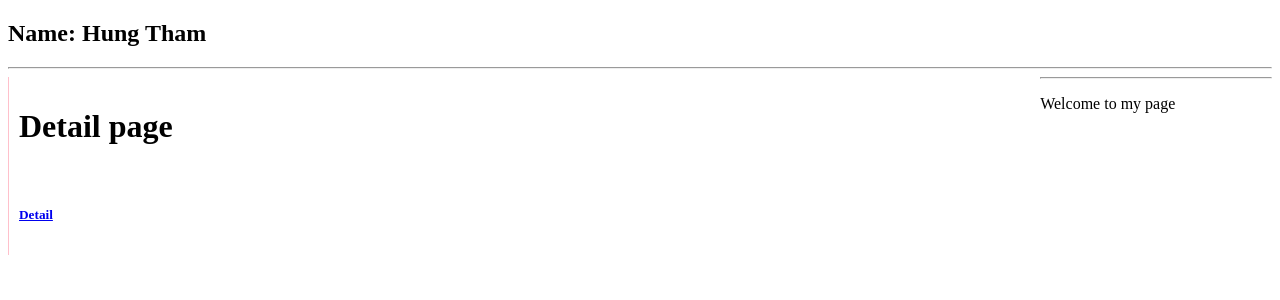
Repository: hunggtham/First-Jsp-and-Servlet-Project
Page: http://localhost/5JspInclude/Detail.jsp
The author's editor kept a copy of each file at every save. The page is drawn from the files as they stood at one save, then again after a run of saves.
The browser window is 1280 px wide. The pictures show the whole page.
The page is served by Tomcat 9.

Above is the page before, as saved 2022-07-24 10:24:46.

### 5JspInclude/src/main/webapp/Detail.jsp
<%@ page language="java" contentType="text/html; charset= UTF-8"
    pageEncoding="UTF-8"%>
<!DOCTYPE html>
<html>
<head>
<meta charset="UTF-8">
<title>Detail Page</title>
</head>
<body>
<jsp:include page="Header.jsp"></jsp:include>
	<div
		style="float: left; padding: 10px; width: 80%; border-left: 1px solid pink">
		<h1>Detail page</h1>
		<br/>
		<h5>
			<a href="Detail.jsp">Detail</a>
		</h5>
	</div>
	<jsp:include page="Footer.jsp"></jsp:include>
</body>
</html>

### 5JspInclude/src/main/webapp/Header.jsp
<%@ page language="java" contentType="text/html; charset=UTF-8"
	pageEncoding="UTF-8"%>
<!DOCTYPE html>
<html>
<head>
<meta charset="UTF-8">
<title>HeaderPage</title>
</head>
<body>
	<div>
		<h2>Name: Hung Tham</h2>
		<hr />
	</div>
</body>
</html>

### 5JspInclude/src/main/webapp/Footer.jsp
<%@ page language="java" contentType="text/html; charset=ISO-8859-1"
	pageEncoding="ISO-8859-1"%>
<!DOCTYPE html>
<html>
<head>
<meta charset="ISO-8859-1">
<title>Footer</title>
</head>
<body>
	<div style="">
		<hr />
		<p>Welcome to my page</p>
	</div>
</body>
</html>

After the next 2 saves:
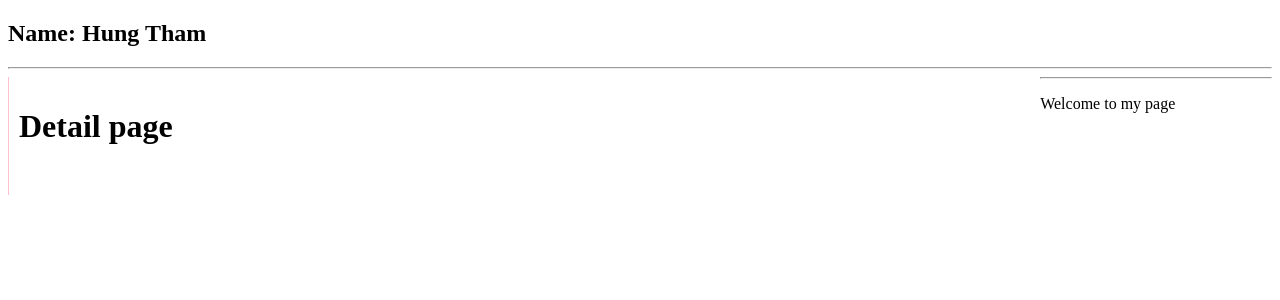
The 2 saves are shown as one change because they came seconds apart.
The last was saved 26 s later.
--- a/5JspInclude/src/main/webapp/Detail.jsp
+++ b/5JspInclude/src/main/webapp/Detail.jsp
@@ -1,5 +1,5 @@
 <%@ page language="java" contentType="text/html; charset= UTF-8"
-    pageEncoding="UTF-8"%>
+	pageEncoding="UTF-8"%>
 <!DOCTYPE html>
 <html>
 <head>
@@ -7,14 +7,12 @@
 <title>Detail Page</title>
 </head>
 <body>
-<jsp:include page="Header.jsp"></jsp:include>
+	<jsp:include page="Header.jsp"></jsp:include>
 	<div
 		style="float: left; padding: 10px; width: 80%; border-left: 1px solid pink">
 		<h1>Detail page</h1>
-		<br/>
-		<h5>
-			<a href="Detail.jsp">Detail</a>
-		</h5>
+		<br />
+
 	</div>
 	<jsp:include page="Footer.jsp"></jsp:include>
 </body>
